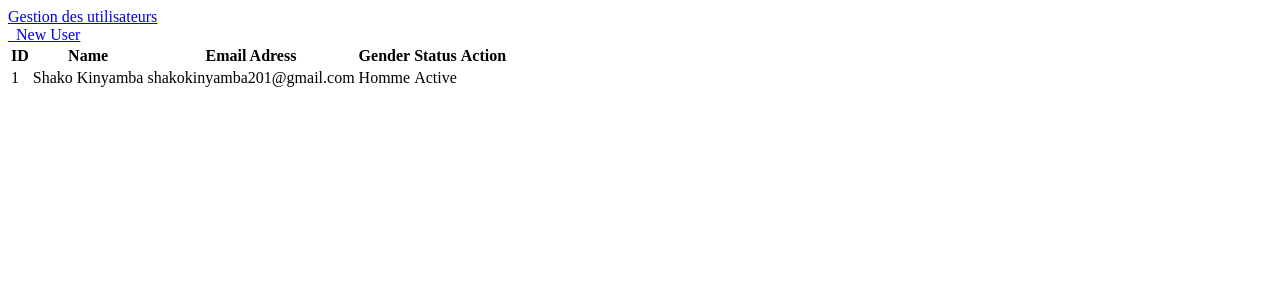
Repository: SKB-TECH/CrudMren
Page: http://localhost/
An editor plug-in stored every save of this project. The page is shown before and after the next save, followed by the edit.
The browser window is 1280 px wide. The pictures show the whole page.
The page is served by the project's Node server (server.js).

Above is the page before, as saved 2022-10-11 14:21:59.

### views/index.ejs
<!-- Includ header -->
    <%- include('./include/_header') %>
<!-- /included header -->
    <main id="site-main">
        <div class="container">
            <div class="box-nav d-flex-justify=between ">
                <a href="/add-user" class="border-shadow">
                    <span class="text-gradient"><i class="fas fa-user"></i> &nbsp; New User</span>
                </a>
            </div>


            <!-- Form handling -->
            <form action="/" method="POST">
                <table class="table">
                    <thead class="thead-dark">
                        <tr>
                            <th>ID</th>
                            <th>Name</th>
                            <th>Email Adress</th>
                            <th>Gender</th>
                            <th>Status</th>
                            <th>Action</th>
                        </tr>
                    <tbody>
                        <tr>
                            <td>1</td>
                            <td>Shako Kinyamba</td>
                            <td>shakokinyamba201@gmail.com</td>
                            <td>Homme</td>
                            <td>Active</td>
                            <td>
                                <a href="#" class="btn border-shadow update">
                                    <span class="text-gradient">
                                        <i class="fas fa-pencil-alt"></i>
                                    </span>
                                </a>

                                <a href="#" class="btn border-shadow delete">
                                    <span class="text-gradient">
                                        <i class="fas fa-times"></i>
                                    </span>
                                </a>
                            </td>
                        </tr>
                    </tbody>
                    </thead>
                </table>
            </form>
            <!-- /Form handling -->
        </div>
    </main>
<!-- Include footer -->
<%- include('./include/_footer') %>
<!-- /included footer-->

### views/include/_header.ejs
<!DOCTYPE html>
<html lang="en">
<head>
    <meta charset="UTF-8">
    <meta http-equiv="X-UA-Compatible" content="IE=edge">
    <meta name="viewport" content="width=device-width, initial-scale=1.0">
    <title>CRUD APPLICATION</title>
</head>
<body>
    <!-- Header -->
    <header id="header">
        <nav>
            <div class="container">
                <div class="text-center">
                    <a href="/">Gestion des utilisateurs</a>
                </div>
            </div>
        </nav>
    </header>
    <!-- /Header -->

### server.js
const express = require('express');
const dotenv = require('dotenv')
const morgan = require('morgan');
const bodyParse = require('body-parser')
const path = require('path');

const app = express();

//appele du dossier contenant notre variable d'environnemet PORT
dotenv.config({ path: "./config.env" })
const PORT = process.env.PORT || 8080

//les i(nfos des requetes
app.use(morgan('tiny'))

//convertion des requete en format Json
app.use(bodyParse.urlencoded({ extended: true }));

// determination du moteur de visualisation ejs sur le projet
app.set('view engine', 'ejs')
//le lien contenant les fichies ej
//app.set('view',path.resolve(__dirname,'/views/ejs'))

//disponibiliser les ressources du sites (style css,img,js)
app.use('/css', express.static(path.resolve(__dirname, './assets/css')))
app.use('/img', express.static(path.resolve(__dirname, './assets/img')))
app.use('/js', express.static(path.resolve(__dirname, './assets/js')))

app.get('/', (req, res) => {
    res.render('index')
})

app.listen(PORT, () => {
    console.log(`Pret au port  http://localhost:${PORT}`);
})

Loaded but not shown: views/include/_footer.ejs (common file)

After the next save:
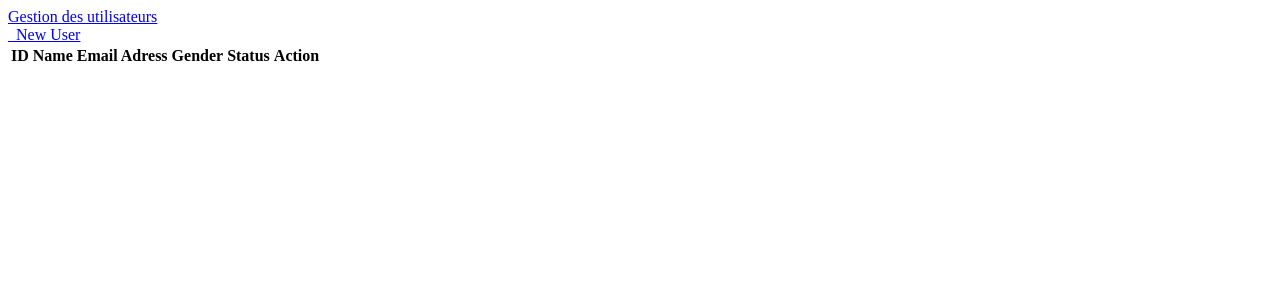
Saved 4 min 36 s later.
--- a/views/index.ejs
+++ b/views/index.ejs
@@ -23,26 +23,7 @@
                             <th>Action</th>
                         </tr>
                     <tbody>
-                        <tr>
-                            <td>1</td>
-                            <td>Shako Kinyamba</td>
-                            <td>shakokinyamba201@gmail.com</td>
-                            <td>Homme</td>
-                            <td>Active</td>
-                            <td>
-                                <a href="#" class="btn border-shadow update">
-                                    <span class="text-gradient">
-                                        <i class="fas fa-pencil-alt"></i>
-                                    </span>
-                                </a>
 
-                                <a href="#" class="btn border-shadow delete">
-                                    <span class="text-gradient">
-                                        <i class="fas fa-times"></i>
-                                    </span>
-                                </a>
-                            </td>
-                        </tr>
                     </tbody>
                     </thead>
                 </table>
